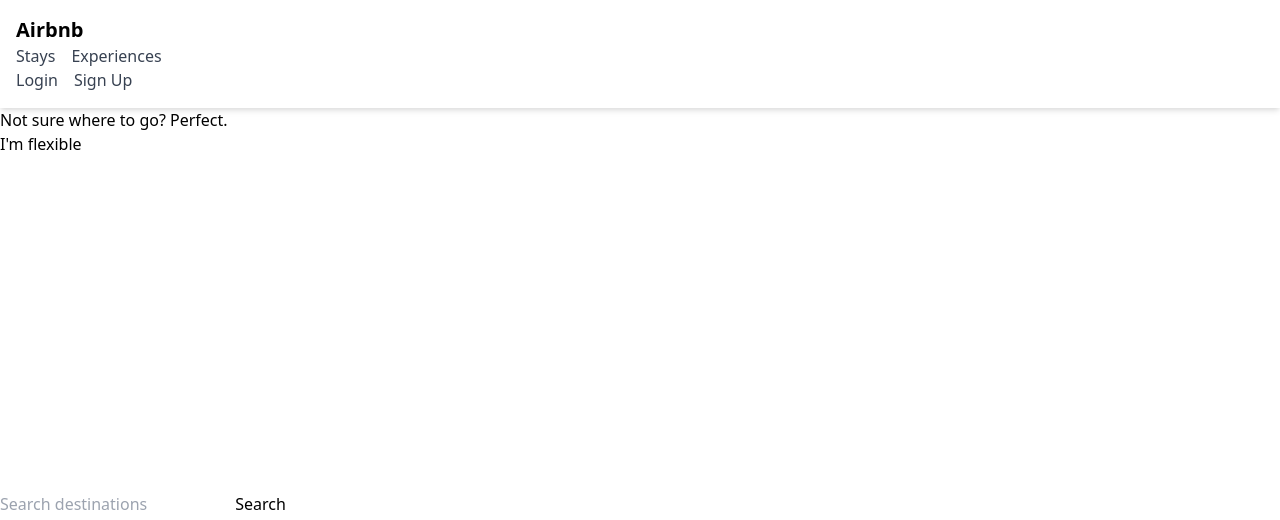
Repository: rmdayberry/Airbnb-Clone
Page: index.html
These files come from the project's save history. The page is drawn as it stood at one moment and after the next save; the edit follows.
The browser window is 1280 px wide. The pictures show the part of the page from y = 0 to 520 px (the page is 960 px tall).
A picture or video elsewhere on the page could not be fetched, so the positions and the page height are approximate.

Above is the page before, as saved 2024-08-13 14:52:59.

### index.html
<!DOCTYPE html>
<html lang="en">
  <head>
    <meta charset="UTF-8" />
    <meta name="viewport" content="width=device-width, initial-scale=1.0" />
    <title>Airbnb Clone</title>
    <link
      href="https://cdn.jsdelivr.net/npm/tailwindcss@2.2.19/dist/tailwind.min.css"
      rel="stylesheet"
    />
  </head>
  <body class="font-sans">
    <!-- Navbar -->
    <nav class="lex justify-between items-center p-4 shadow-md bg-white">
      <div class="text-xl font-bold">Airbnb</div>
      <ul class="flex space-x-4">
        <li><a href="#" class="text-gray-700 hover:underline">Stays</a></li>
        <li>
          <a href="#" class="text-gray-700 hover:underline">Experiences</a>
        </li>
      </ul>
      <div class="flex space-x-4">
        <a href="#" class="text-gray-700 hover:underline">Login</a>
        <a href="#" class="text-gray-700 hover:underline">Sign Up</a>
      </div>
    </nav>

    <!-- Hero Section -->

    <header class="bg-cover bg-center h-96">
      <div class="hero-content">
        <h1>Not sure where to go? Perfect.</h1>
        <button class="cta-button">I'm flexible</button>
      </div>
    </header>

    <!-- Search Bar -->
    <section class="search-bar">
      <input type="text" placeholder="Search destinations" />
      <button>Search</button>
    </section>

    <!-- Featured Listings -->
    <section class="listings">
      <h2>Featured Destinations</h2>
      <div class="listing">
        <img src="image1.jpeg" alt="Destination 1" />
        <h3>Destination 1</h3>
      </div>
    </section>

    <!-- Footer -->
    <footer>
      <div class="footer-content">
        <p>© 2024 Airbnb, Inc.</p>
        <ul class="footer-links">
          <li><a href="#">Privacy</a></li>
          <li><a href="#">Terms</a></li>
          <li><a href="#">Sitemap</a></li>
        </ul>
      </div>
    </footer>
  </body>
</html>

After the next save:
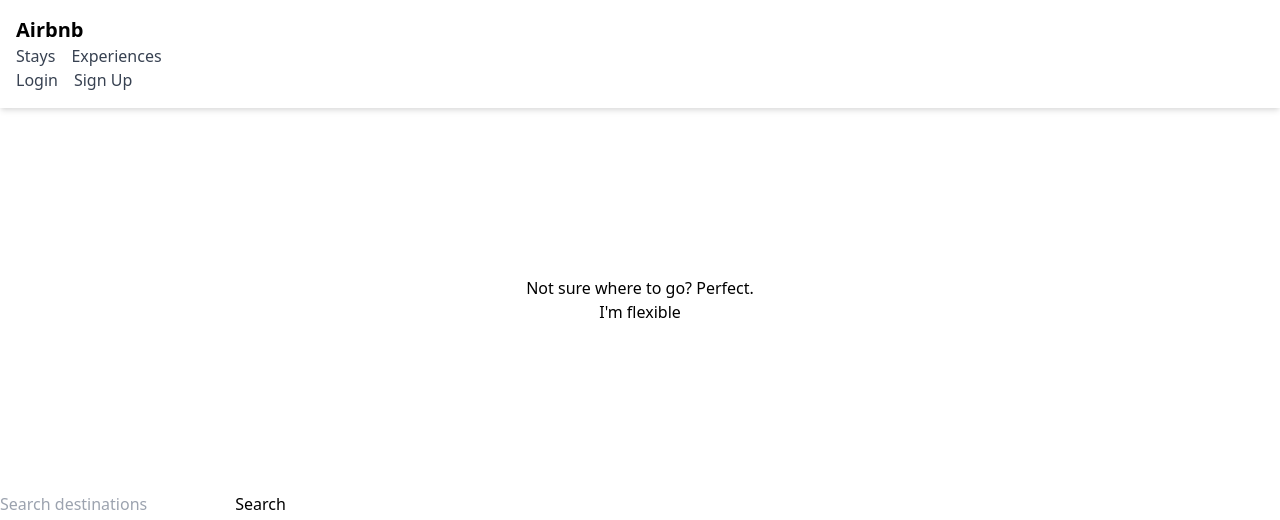
Saved 15 min 53 s later.
--- a/index.html
+++ b/index.html
@@ -28,7 +28,7 @@
     <!-- Hero Section -->
 
     <header class="bg-cover bg-center h-96">
-      <div class="hero-content">
+      <div class="flex flex-col justify-center items-center h-full">
         <h1>Not sure where to go? Perfect.</h1>
         <button class="cta-button">I'm flexible</button>
       </div>
